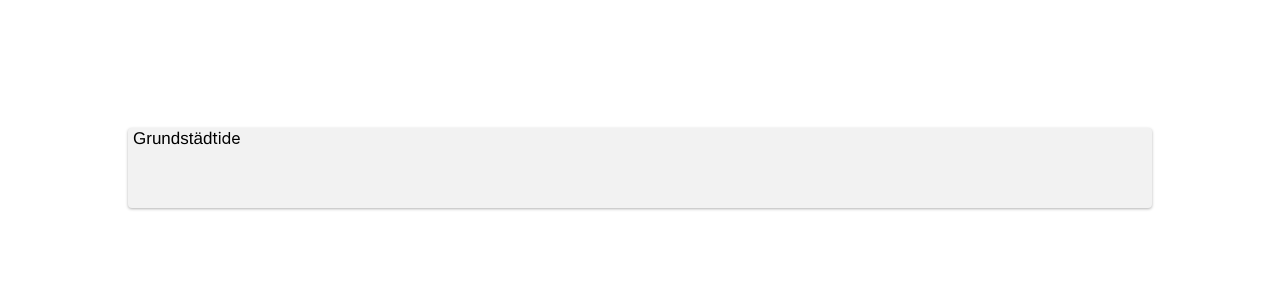
Repository: AdrianaLarsson/learning-react-adriana
Page: /
These files come from the project's save history. The page is drawn as it stood at one moment and after a run of saves; the edit follows.
The browser window is 1280 px wide. The pictures show the whole page.
The project was rebuilt for these pictures with package versions that can differ from the ones it lists, and the page was loaded fresh each time. Also part of the build but not shown: src/App.css, src/components/pixiLearn/pixi-learning.js, src/components/pixiLearn/reactTimline/timelinegant.js, src/components/pixiLearn/waypoint-mobile/navbaren.js, src/components/pixiLearn/waypoint-mobile/box-name-day-time.js, src/components/pixiLearn/waypoint-mobile/teamname.js, src/components/pixiLearn/waypoint-mobile/perosnal.js, src/components/pixiLearn/waypoint-mobile/trainsinfo.js and 3 more. Imported but missing from the stored project, and not drawn on this page: src/components/pixiLearn/styledComponentsWay/homestyles.

Above is the page before, as saved 2021-02-26 13:56:07.

After the next 11 saves:
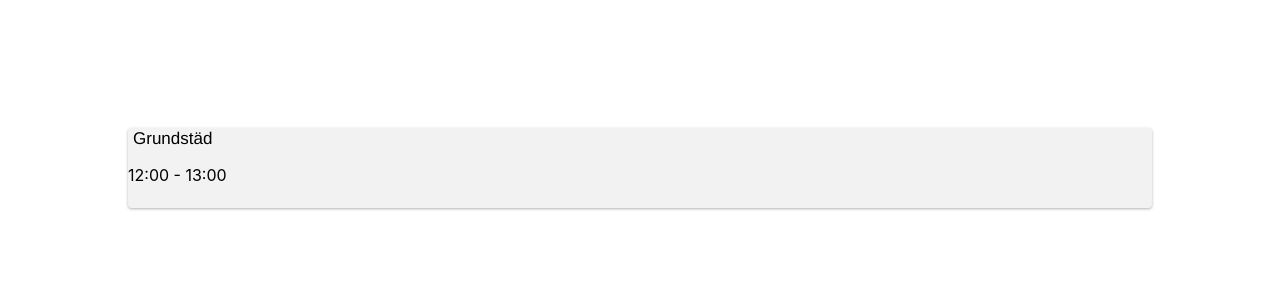
The 11 saves are shown as one change because they came seconds apart.
The last was saved 33 s later.
--- a/src/components/pixiLearn/atomic-design/headBadge/headerBadge.js
+++ b/src/components/pixiLearn/atomic-design/headBadge/headerBadge.js
@@ -5,7 +5,7 @@ function headerBadge() {
     return (
         <div>
            <Badge><B4>Grundstäd</B4>
-           tide
+           <p>12:00 - 13:00</p>
            </Badge>
         </div>
     )
